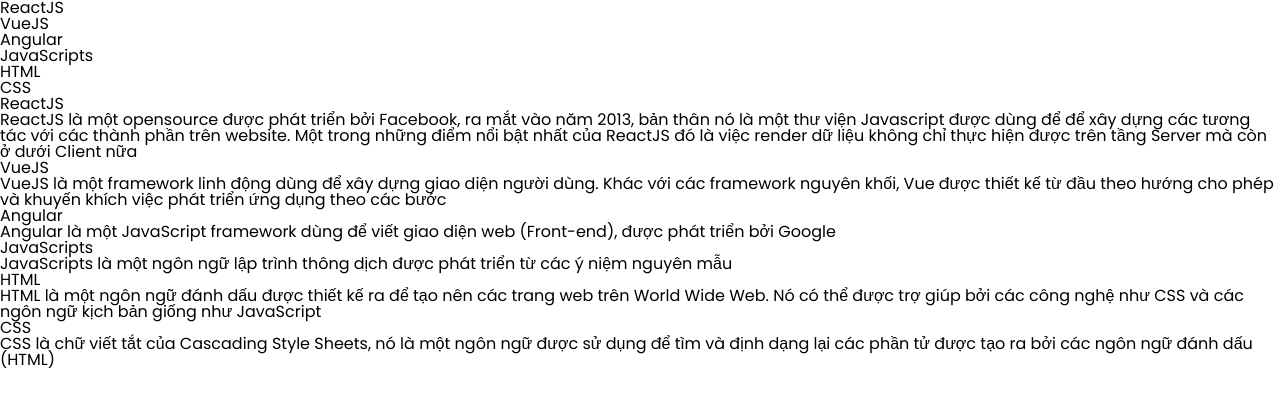
Repository: HoangLong0210/TabsUI
Page: index.html
An editor plug-in stored every save of this project. The page is shown before and after the next save, followed by the edit.
The browser window is 1280 px wide. The pictures show the whole page.

Above is the page before, as saved 2022-05-16 11:04:17.

### index.html
<!DOCTYPE html>
<html lang="en">
<head>
    <meta charset="UTF-8">
    <meta http-equiv="X-UA-Compatible" content="IE=edge">
    <meta name="viewport" content="width=device-width, initial-scale=1.0">
    <title>Tabs UI</title>
    <link rel="stylesheet" href="./reset.css" />
    <link rel="stylesheet" href="./style.css" />
    <link rel="preconnect" href="https://fonts.googleapis.com" />
    <link rel="preconnect" href="https://fonts.gstatic.com" crossorigin />
    <link
      href="https://fonts.googleapis.com/css2?family=Poppins:ital,wght@0,300;0,400;1,700&display=swap"
      rel="stylesheet"
    />
</head>
<body>
    <!-- tags item -->
    <div class="tags">
        <div class="tag__item__active">
            <i class="fab fa-react">ReactJS</i>
        </div>
        <div class="tag__item">
            <i class="fab fa-vuejs">VueJS</i>
        </div>
        <div class="tag__item">
            <i class="fab fa-angular">Angular</i>
        </div>
        <div class="tag__item">
            <i class="fab fa-js">JavaScripts</i>
        </div>
        <div class="tag__item">
            <i class="fab fa-html5">HTML</i>
        </div>
        <div class="class__item">
            <i class="fab fa-css3">CSS</i>
        </div>
    </div>


    <!-- tags content -->
    <div class="content">
        <div class="content__description__active">
            <h2>ReactJS</h2>
            <p>ReactJS là một opensource được phát triển bởi Facebook, ra mắt vào năm 2013, bản thân nó là một thư viện Javascript được dùng để để xây dựng các tương tác với các thành phần trên website. Một trong những điểm nổi bật nhất của ReactJS đó là việc render dữ liệu không chỉ thực hiện được trên tầng Server mà còn ở dưới Client nữa</p>
        </div>
        <div class="content__description">
            <h2>VueJS</h2>
            <p>VueJS là một framework linh động dùng để xây dựng giao diện người dùng. Khác với các framework nguyên khối, Vue được thiết kế từ đầu theo hướng cho phép và khuyến khích việc phát triển ứng dụng theo các bước</p>
        </div>
        <div class="content__description">
            <h2>Angular</h2>
            <p>Angular là một JavaScript framework dùng để viết giao diện web (Front-end), được phát triển bởi Google</p>
        </div>
        <div class="content__description">
            <h2>JavaScripts</h2>
            <p>JavaScripts là một ngôn ngữ lập trình thông dịch được phát triển từ các ý niệm nguyên mẫu</p>
        </div>
        <div class="content__description">
            <h2>HTML</h2>
            <p>HTML là một ngôn ngữ đánh dấu được thiết kế ra để tạo nên các trang web trên World Wide Web. Nó có thể được trợ giúp bởi các công nghệ như CSS và các ngôn ngữ kịch bản giống như JavaScript</p>
        </div>
        <div class="content__description">
            <h2>CSS</h2>
            <p>CSS là chữ viết tắt của Cascading Style Sheets, nó là một ngôn ngữ được sử dụng để tìm và định dạng lại các phần tử được tạo ra bởi các ngôn ngữ đánh dấu (HTML)</p>
        </div>
    </div>
</body>
</html>

### style.css
html {
    font-size: 62.5%;
}

body {
    font-family: 'Poppins', sans-serif;
    font-size: 1.6rem;
}

Loaded but not shown: reset.css (common file)

After the next save:
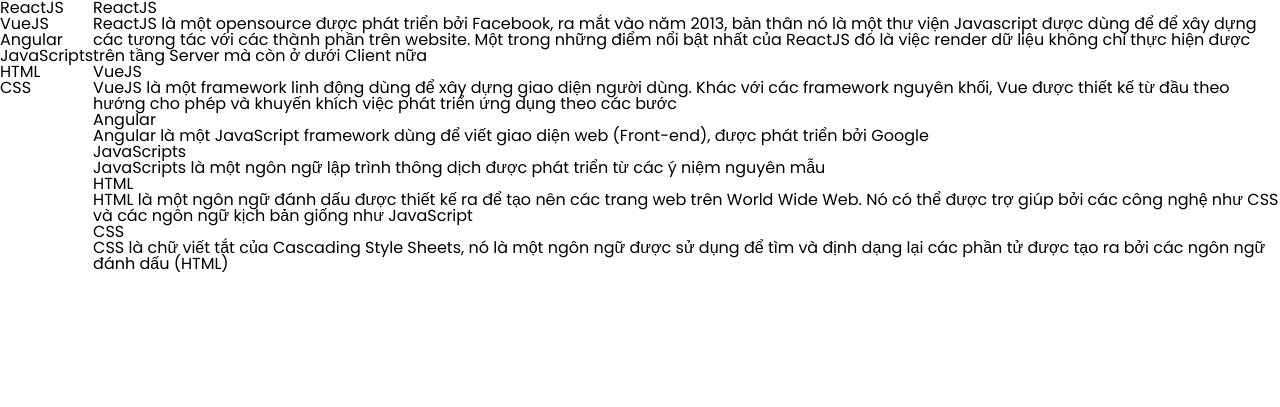
Saved 75 s later.
--- a/style.css
+++ b/style.css
@@ -1,8 +1,15 @@
+* {
+    padding: 0;
+    margin: 0;
+    box-sizing: border-box;
+  }
+
 html {
     font-size: 62.5%;
 }
 
 body {
+    display: flex;
     font-family: 'Poppins', sans-serif;
     font-size: 1.6rem;
 }
